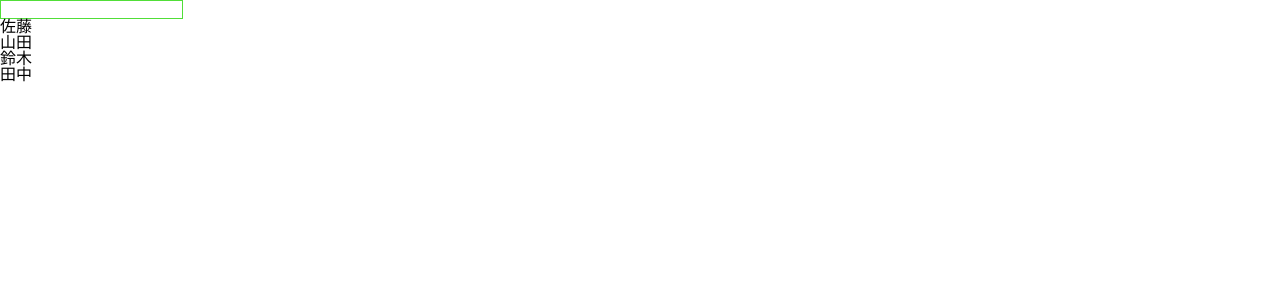
Repository: masanarimiura/20220617_miura
Page: search.html
An editor plug-in stored every save of this project. The page is shown before and after the next save, followed by the edit.
The browser window is 1280 px wide. The pictures show the whole page.

Above is the page before, as saved 2022-06-17 20:05:03.
Console error: SyntaxError: Function statements require a function name

After the next save:
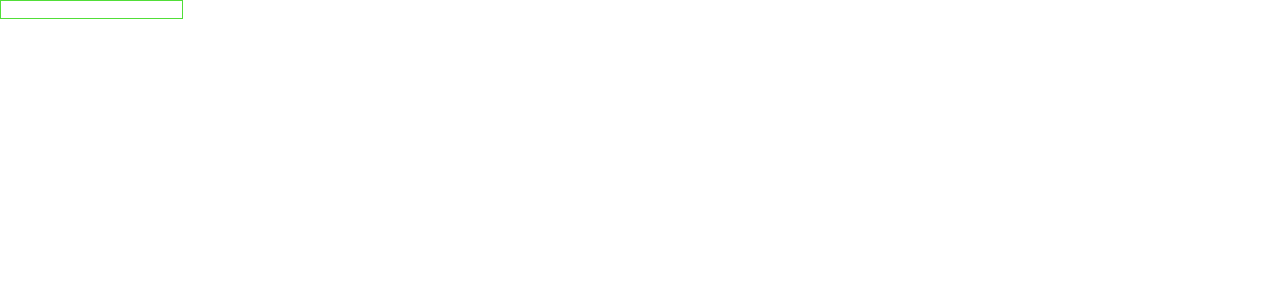
Saved 62 s later.
--- a/search.html
+++ b/search.html
@@ -185,10 +185,7 @@
     <div>
       <input type="text" v-model="keyword" class="search-box">
     </div>
-    <p v-show="isShow">佐藤</p>
-    <p v-show="isShow">山田</p>
-    <p v-show="isShow">鈴木</p>
-    <p v-show="isShow">田中</p>
+    <tr v-for="user in filteredUsers" :key="user.id">
   </div>
   <script>
     const vm = new Vue({

After the 3 saves that followed:
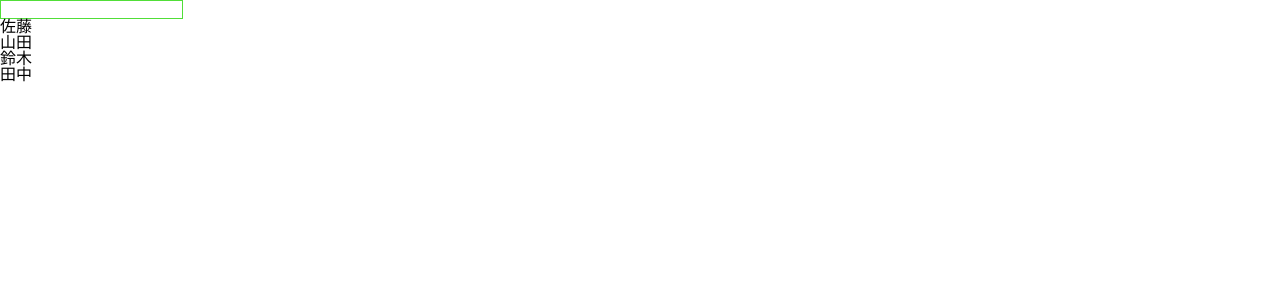
The 3 saves are shown as one change because 1 left the picture as it was and some came seconds apart.
The last was saved 26 s later.
--- a/search.html
+++ b/search.html
@@ -185,7 +185,10 @@
     <div>
       <input type="text" v-model="keyword" class="search-box">
     </div>
-    <tr v-for="user in filteredUsers" :key="user.id">
+    <p v-show="isShow">佐藤</p>
+    <p v-show="isShow">山田</p>
+    <p v-show="isShow">鈴木</p>
+    <p v-show="isShow">田中</p>
   </div>
   <script>
     const vm = new Vue({
